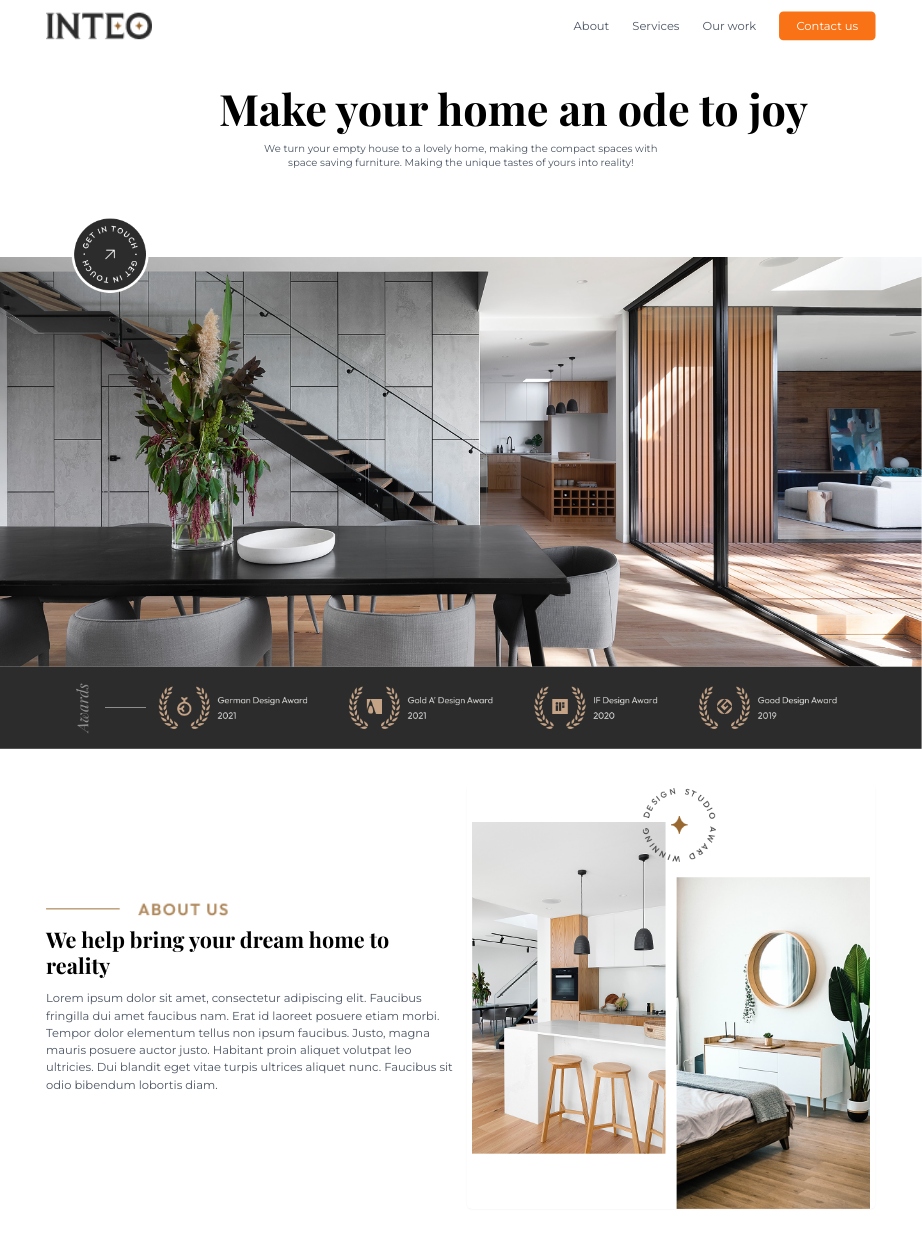
Repository: CatherinneJ/responsive-tailwind-website
Page: tailwind.html
The author's editor kept a copy of each file at every save. The page is drawn from the files as they stood at one save, then again after the next save.
The browser window is 1280 px wide. The pictures show the whole page, at 72% of full size.
Some web libraries are served in a nearby version.

Above is the page before, as saved 2025-05-20 19:38:07.

After the next save:
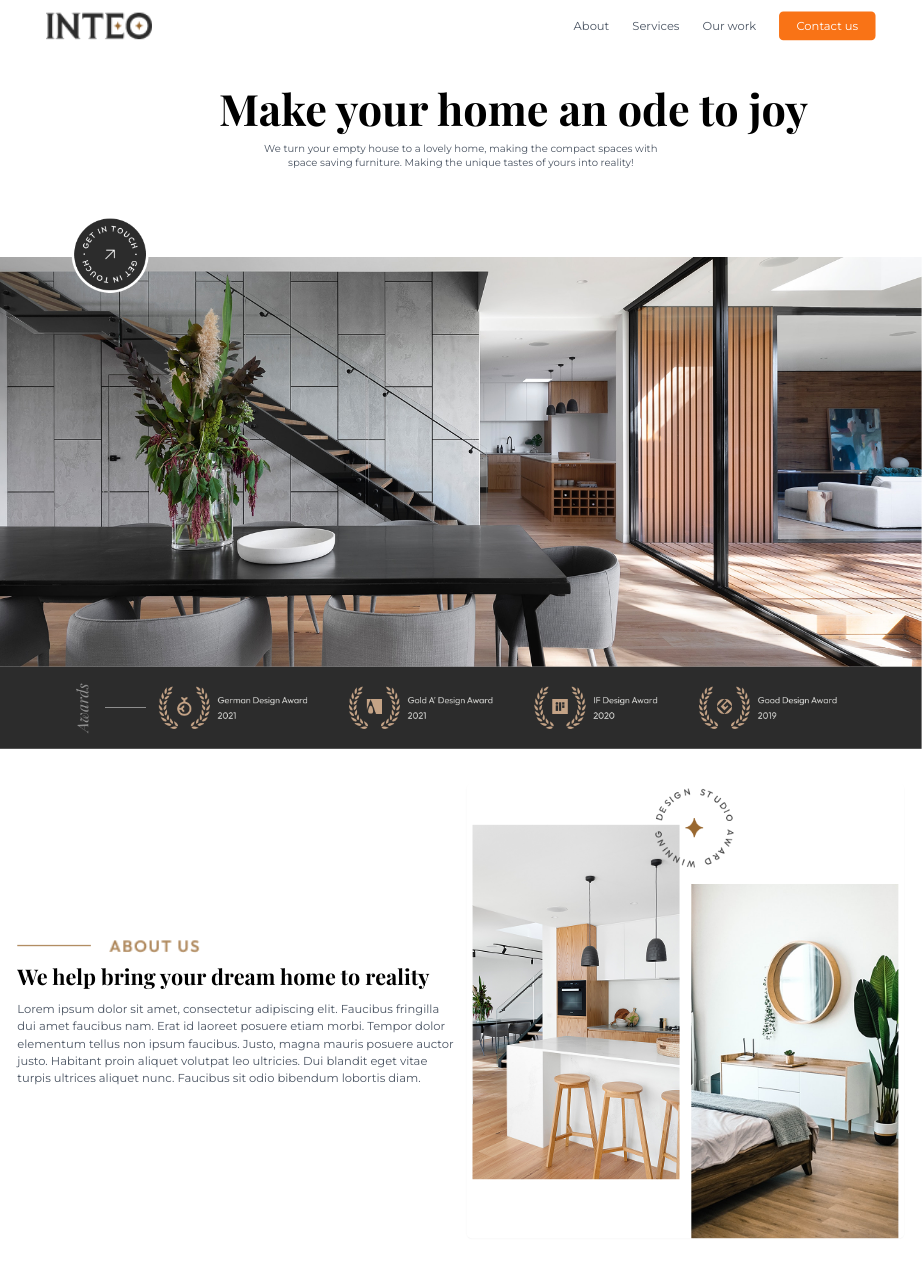
Saved 12 s later.
--- a/tailwind.html
+++ b/tailwind.html
@@ -51,7 +51,7 @@
     </section>
 
     <!-- Sección con eyebrow image -->
-    <section class="flex flex-col md:flex-row items-center gap-3 sm:gap-4 px-4 sm:px-6 lg:px-16 py-6 sm:py-8 md:py-12">
+    <section class="flex flex-col md:flex-row items-center gap-3 sm:gap-4 px-4 sm:px-6 lg:px-25 py-6 sm:py-8 md:py-12">
         <div class="md:w-1/2 order-2 md:order-1 mt-4 md:mt-0">
             <!-- Imagen eyebrow con estilos responsivos -->
             <img src="./Assets/Eyebrow.png" class="mb-2 h-6 sm:h-7 md:h-8" alt="About us">

After the 2 saves that followed:
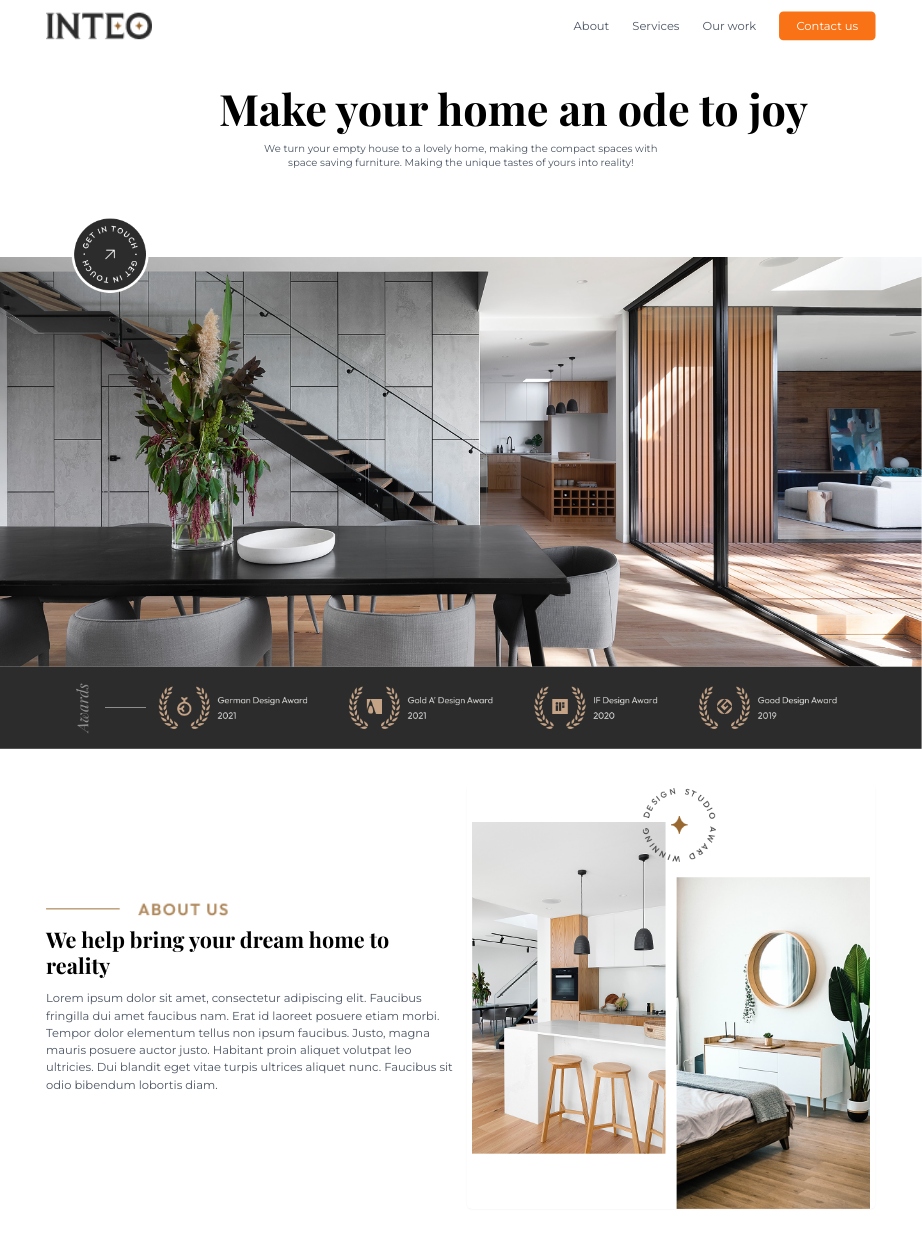
The 2 saves are shown as one change because 1 left the picture as it was.
The last was saved 14 s later.
--- a/tailwind.html
+++ b/tailwind.html
@@ -51,7 +51,7 @@
     </section>
 
     <!-- Sección con eyebrow image -->
-    <section class="flex flex-col md:flex-row items-center gap-3 sm:gap-4 px-4 sm:px-6 lg:px-25 py-6 sm:py-8 md:py-12">
+    <section class="flex flex-col md:flex-row items-center gap-3 sm:gap-4 px-4 sm:px-6 lg:px-16 py-6 sm:py-8 md:py-12">
         <div class="md:w-1/2 order-2 md:order-1 mt-4 md:mt-0">
             <!-- Imagen eyebrow con estilos responsivos -->
             <img src="./Assets/Eyebrow.png" class="mb-2 h-6 sm:h-7 md:h-8" alt="About us">
